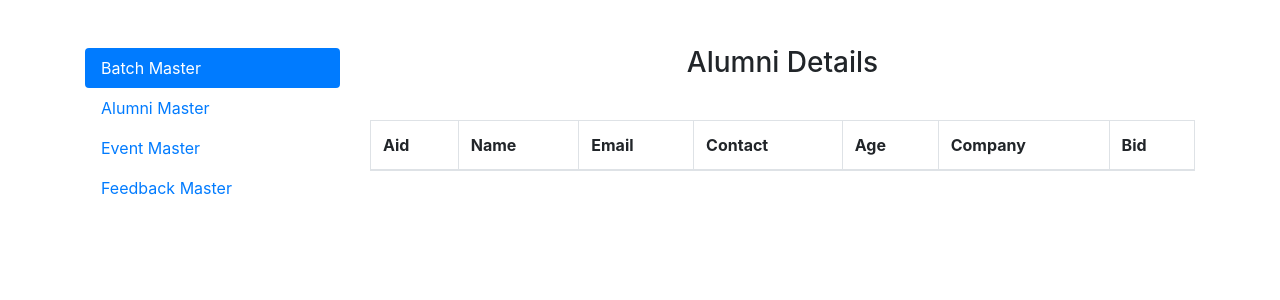
Repository: Shreyash1107/Web_Projects
Page: http://localhost/AlumnieventmanagementApplication/Viewalumni.jsp
An editor plug-in stored every save of this project. The page is shown before and after the next save, followed by the edit.
The browser window is 1280 px wide. The pictures show the whole page.
The page is served by Tomcat 9. Nobody is signed in. The application's start-up code is not run. Other server files are loaded and not shown. Queries for data that is not in the repository find no rows.

Above is the page before, as saved 2024-07-30 07:31:21.

### AlumnieventmanagementApplication/src/main/webapp/Viewalumni.jsp
<%@page import="org.techhub.service.*"%>
<%@page import="org.techhub.model.*"%>
<%@page import="java.util.*"%>
<%@ page language="java" contentType="text/html; charset=ISO-8859-1"
	pageEncoding="ISO-8859-1"%>
<!DOCTYPE html>
<html>
<head>
<meta charset="ISO-8859-1">
<title>View Alumni</title>
<link rel="stylesheet"
	href="https://cdn.jsdelivr.net/npm/bootstrap@4.0.0/dist/css/bootstrap.min.css"
	integrity="sha384-Gn5384xqQ1aoWXA+058RXPxPg6fy4IWvTNh0E263XmFcJlSAwiGgFAW/dAiS6JXm"
	crossorigin="anonymous">
	<style>
		.heading
{
	margin-top: -50px;
	margin-bottom:40px;
}
	</style>
</head>
<body>
	<div class="container mt-5">
		<div class="row">
			<div class="col-md-3">
				<div class="nav flex-column nav-pills menubar" id="v-pills-tab"
					role="tablist" aria-orientation="vertical">
					<a class="nav-link active" id="v-pills-home-tab" data-toggle="pill"
						href="index.jsp" role="tab" aria-controls="v-pills-home"
						aria-selected="true">Batch Master</a> <a class="nav-link"
						id="v-pills-profile-tab" data-toggle="pill"
						href="Alumnimaster.jsp" role="tab" aria-controls="v-pills-profile"
						aria-selected="false">Alumni Master</a> <a class="nav-link"
						id="v-pills-messages-tab" data-toggle="pill"
						href="#v-pills-messages" role="tab"
						aria-controls="v-pills-messages" aria-selected="false">Event
						Master</a> <a class="nav-link" id="v-pills-settings-tab"
						data-toggle="pill" href="#v-pills-settings" role="tab"
						aria-controls="v-pills-settings" aria-selected="false">Feedback
						Master</a>
				</div>
			</div>
			<div class="col-md-9 content">
				<div class="tab-content" id="v-pills-tabContent">
					<div class="tab-pane fade show active" id="v-pills-home"
						role="tabpanel" aria-labelledby="v-pills-home-tab">
						<div class="form-container mt-5">
						<center>
							<h3 class="heading">
								Alumni Details
							</h3>
						</center>
							<table class="table table-bordered">
								<thead>
									<tr>
										<th scope="col">Aid</th>
										<th scope="col">Name</th>
										<th scope="col">Email</th>
										<th scope="col">Contact</th>
										<th scope="col">Age</th>
										<th scope="col">Company</th>
										<th scope="col">Bid</th>
									</tr>
								</thead>
								<tbody>
									<%
									Alumnimasterservice amservice = new AlumniMasterServiceImpl();
									Vector<AlumniMasterModel> vect = amservice.getalumni();
									if (vect != null) {
										for (AlumniMasterModel amodel : vect) {
									%>
									<tr>
										<td><%=amodel.getid()%></td>
										<td><%=amodel.getname()%></td>
										<td><%=amodel.getEmail()%></td>
										<td><%=amodel.getContact()%></td>
										<td><%=amodel.getAge()%></td>
										<td><%=amodel.getCompany()%></td>
										<td><%=amodel.getBid()%></td>
									</tr>
									<%
									}
									}
									%>
								</tbody>
							</table>
						</div>
					</div>
					<div class="tab-pane fade" id="v-pills-profile" role="tabpanel"
						aria-labelledby="v-pills-profile-tab"></div>
					<div class="tab-pane fade" id="v-pills-messages" role="tabpanel"
						aria-labelledby="v-pills-messages-tab"></div>
					<div class="tab-pane fade" id="v-pills-settings" role="tabpanel"
						aria-labelledby="v-pills-settings-tab"></div>
				</div>
			</div>
		</div>
	</div>
</body>
</html>

### AlumnieventmanagementApplication/src/main/java/org/techhub/service/Alumnimasterservice.java
package org.techhub.service;

import java.util.Vector;

import org.techhub.model.AlumniMasterModel;

public interface Alumnimasterservice
{
	public boolean isAlumniAdded(AlumniMasterModel am);
	public Vector<AlumniMasterModel> getalumni();
	public boolean isAlumniUpdated(AlumniMasterModel am);
	public boolean isAlumnidelete(AlumniMasterModel am);
}

### AlumnieventmanagementApplication/src/main/java/org/techhub/service/AlumniMasterServiceImpl.java
package org.techhub.service;

import java.util.Vector;

import org.techhub.model.AlumniMasterModel;
import org.techhub.repository.AlumniMasterModelrepositoryImpl;
import org.techhub.repository.Alumnirepository;

public class AlumniMasterServiceImpl implements Alumnimasterservice
{
	Alumnirepository amrepo = new AlumniMasterModelrepositoryImpl();
	public boolean isAlumniAdded(AlumniMasterModel am)
	{
		return amrepo.isAlumniAdded(am);
	}
	public Vector<AlumniMasterModel> getalumni()
	{
		Vector v = amrepo.getalumni();
		return v;
	}
	public boolean isAlumniUpdated(AlumniMasterModel am)
	{
		return amrepo.isAlumniUpdated(am);
	}
	public boolean isAlumnidelete(AlumniMasterModel am)
	{
		return amrepo.isAlumnidelete(am);
	}
}

### AlumnieventmanagementApplication/src/main/java/org/techhub/repository/Alumnirepository.java
package org.techhub.repository;

import java.util.Vector;

import org.techhub.model.AlumniMasterModel;

public interface Alumnirepository
{
	public boolean isAlumniAdded(AlumniMasterModel am);
	public Vector<AlumniMasterModel> getalumni();
	public boolean isAlumniUpdated(AlumniMasterModel am);
	public boolean isAlumnidelete(AlumniMasterModel am);
}

### AlumnieventmanagementApplication/src/main/java/org/techhub/repository/DB.java
package org.techhub.repository;

import java.sql.Connection;
import java.sql.DriverManager;
import java.sql.PreparedStatement;
import java.sql.ResultSet;
import java.sql.SQLException;

public class DB
{
	protected Connection conn;
	protected ResultSet rs;
	protected PreparedStatement pstmt;
	public DB()
	{
		try
		{
			Class.forName("com.mysql.cj.jdbc.Driver");
		}
		catch (ClassNotFoundException e)
		{
			e.printStackTrace();
		}
		try
		{
			conn = DriverManager.getConnection("jdbc:mysql://localhost:3306/alumnimanagement", "root", "Shreyash@123");
		}
		catch (SQLException e)
		{
			e.printStackTrace();
		}
	}
}

### AlumnieventmanagementApplication/src/main/java/org/techhub/repository/AlumniMasterModelrepositoryImpl.java
package org.techhub.repository;

import java.util.Vector;

import org.techhub.model.AlumniMasterModel;

public class AlumniMasterModelrepositoryImpl extends DB implements Alumnirepository
{
	Vector<AlumniMasterModel> vect = null;
	public boolean isAlumniAdded(AlumniMasterModel am)
	{
		int val;
		try
		{
			pstmt = conn.prepareStatement("insert into alumnimaster values('0',?,?,?,?,?,?)");
			pstmt.setString(1, am.getname());
			pstmt.setString(2, am.getEmail());
			pstmt.setString(3, am.getContact());
			pstmt.setInt(4, am.getAge());
			pstmt.setString(5, am.getCompany());
			pstmt.setInt(6, am.getBid());
			val = pstmt.executeUpdate();
			return val>0?true:false;
		}
		catch(Exception ex)
		{
			ex.printStackTrace();
			return false;
		}
	}
	public Vector<AlumniMasterModel> getalumni()
	{
		vect = new Vector<AlumniMasterModel>();
		try
		{
			pstmt = conn.prepareStatement("select *from Alumnimaster");
			rs = pstmt.executeQuery();
			while(rs.next())
			{
				AlumniMasterModel amodel = new AlumniMasterModel();
				amodel.setAid(rs.getInt(1));
				amodel.setname(rs.getString(2));
				amodel.setEmail(rs.getString(3));
				amodel.setContact(rs.getString(4));
				amodel.setAge(rs.getInt(5));
				amodel.setCompany(rs.getString(6));
				amodel.setBid(rs.getInt(7));
				vect.add(amodel);
			}
			return vect.size()>0?vect:null;
		}
		catch(Exception ex)
		{
			ex.printStackTrace();
		}
		return null;
	}
	public boolean isAlumniUpdated(AlumniMasterModel am)
	{
		int val;
		try
		{
			pstmt = conn.prepareStatement("update Alumnimaster set Name = ?,Email = ?,Contact=?,Age = ?, Company = ?, Bid = ? where Aid = ?");
			pstmt.setString(1, am.getname());
			pstmt.setString(2, am.getEmail());
			pstmt.setString(3, am.getContact());
			pstmt.setInt(4, am.getAge());
			pstmt.setString(5, am.getCompany());
			pstmt.setInt(6, am.getBid());
			pstmt.setInt(7, am.getid());
			val = pstmt.executeUpdate();
			return val>0?true:false;
		}
		catch(Exception ex)
		{
			ex.printStackTrace();
			return false;
		}
	}
	public boolean isAlumnidelete(AlumniMasterModel am)
	{
		int val;
		try
		{
			pstmt = conn.prepareStatement("delete from Alumnimaster where Aid = ?");
			pstmt.setInt(1, am.getid());
			val = pstmt.executeUpdate();
			return val>0?true:false;
		}
		catch(Exception ex)
		{
			ex.printStackTrace();
			return false;
		}
	}
}

### AlumnieventmanagementApplication/src/main/webapp/CSS/view.css
@charset "ISO-8859-1";
.heading
{
	margin-top: -50px;
	margin-bottom: 40px;
}
body
{
	background-color:burlywood
}

After the next save:
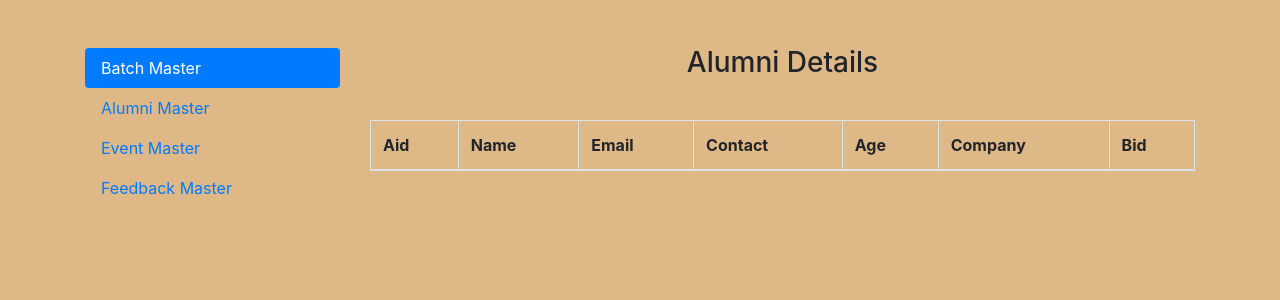
Saved 69 s later.
--- a/AlumnieventmanagementApplication/src/main/webapp/Viewalumni.jsp
+++ b/AlumnieventmanagementApplication/src/main/webapp/Viewalumni.jsp
@@ -12,13 +12,7 @@
 	href="https://cdn.jsdelivr.net/npm/bootstrap@4.0.0/dist/css/bootstrap.min.css"
 	integrity="sha384-Gn5384xqQ1aoWXA+058RXPxPg6fy4IWvTNh0E263XmFcJlSAwiGgFAW/dAiS6JXm"
 	crossorigin="anonymous">
-	<style>
-		.heading
-{
-	margin-top: -50px;
-	margin-bottom:40px;
-}
-	</style>
+	<link rel="stylesheet" href="CSS/view.css"/>
 </head>
 <body>
 	<div class="container mt-5">
